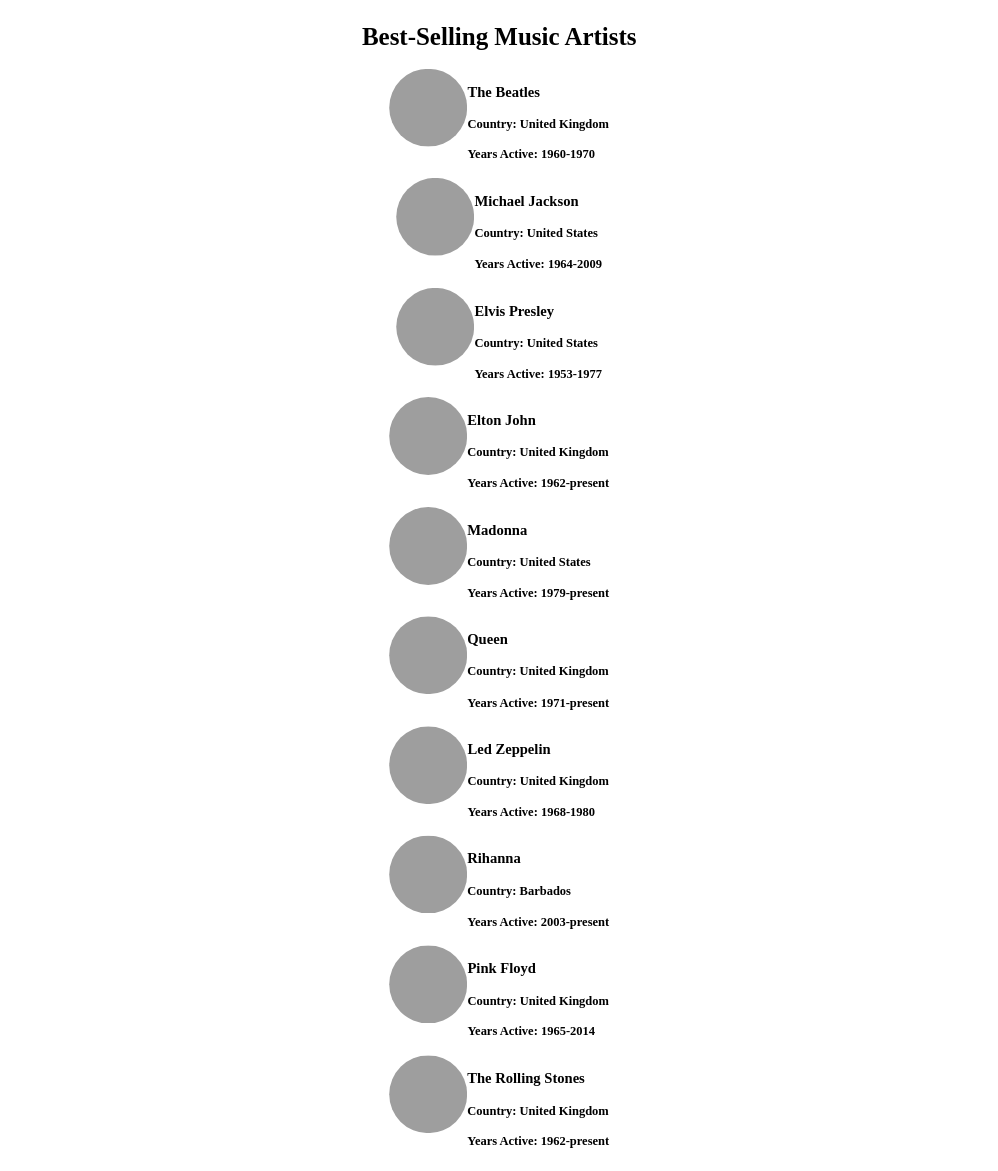
Repository: SamanthaYan298/my_artists
Page: /
An editor plug-in stored every save of this project. The page is shown before and after the next save, followed by the edit.
The browser window is 1280 px wide. The pictures show the whole page, at 78% of full size.
Pictures or frames that could not be fetched are drawn as grey boxes. The project was rebuilt for these pictures with package versions that can differ from the ones it lists, and the page was loaded fresh each time. Also part of the build but not shown: vite.config.js.

Above is the page before, as saved 2024-09-16 18:12:16.

### src/App.jsx
import { artists } from './best-selling-music-artists';
import ArtistDetails from './components/ArtistDetails';
import Layout from './components/Layout';

function App() {

  const artistsInfo = artists.map(artists => <ArtistDetails key={artists.name} artists={artists}/>)

  return (
    <Layout>
      <div className="app">
        <div>
          <h1>Best-Selling Music Artists</h1>
        </div>
        {artistsInfo}
      </div>
    </Layout>
  );
}

export default App;

### src/index.css
.main-containter {
    display: flex;
    flex-direction: row;
    justify-content: center;
}

.layout {
    display: flex;
    flex-direction: row;
    justify-content: center;
}

### src/best-selling-music-artists.js
export const artists = [
    {
        name: 'The Beatles',
        photo_url: "https://upload.wikimedia.org/wikipedia/commons/9/9f/Beatles_ad_1965_just_the_beatles_crop.jpg",
        country: "United Kingdom",
        years_active: "1960-1970",
    },
    {
        name: 'Michael Jackson',
        photo_url: "https://upload.wikimedia.org/wikipedia/commons/8/83/Michael_Jackson_Dangerous_World_Tour_1993_cropped.png",
        country: "United States",
        years_active: "1964-2009",
    },
    {
        name: 'Elvis Presley',
        photo_url: "https://upload.wikimedia.org/wikipedia/commons/1/16/Elvis_Presley_1973_RCA_Records_and_Tapes_publicity_2_-_cropped.png",
        country: "United States",
        years_active: "1953-1977",
    },
    {
        name: 'Elton John',
        photo_url: "https://upload.wikimedia.org/wikipedia/commons/7/74/Elton_John_1980.png",
        country: "United Kingdom",
        years_active: "1962-present",
    },
    {
        name: 'Madonna',
        photo_url: "https://upload.wikimedia.org/wikipedia/commons/4/47/Madonna_II_A_1_%28cropped%29.jpg",
        country: "United States",
        years_active: "1979-present",
    },
    {
        name: 'Queen',
        photo_url: "https://upload.wikimedia.org/wikipedia/commons/a/ac/FreddieMercuryNov1977.jpg",
        country: "United Kingdom",
        years_active: "1971-present",
    },
    {
        name: 'Led Zeppelin',
        photo_url: "https://upload.wikimedia.org/wikipedia/commons/c/cc/Robert_Plant_at_the_Palace_Theatre%2C_Manchester.jpg",
        country: "United Kingdom",
        years_active: "1968-1980",
    },
    {
        name: 'Rihanna',
        photo_url: "https://upload.wikimedia.org/wikipedia/commons/b/b3/Rihanna_concert_in_Washington_DC_%28cropped%29.jpg",
        country: "Barbados",
        years_active: "2003-present",
    },
    {
        name: 'Pink Floyd',
        photo_url: "https://upload.wikimedia.org/wikipedia/commons/f/f2/David_Gilmour_Argentina_2015_%28cropped%29.jpg",
        country: "United Kingdom",
        years_active: "1965-2014",
    },
    {
        name: 'The Rolling Stones',
        photo_url: "https://upload.wikimedia.org/wikipedia/commons/0/06/Keith_Richards%2C_Mick_Jagger_performing_with_Rolling_Stones_at_Prudential_Center_2012-12-13.jpg",
        country: "United Kingdom",
        years_active: "1962-present",
    },
];

### src/components/ArtistDetails.jsx
function ArtistDetails(props) {

    const {artists} = props;

    return (
        <div className="main-containter">
            <div className="photos">
                <img
                    src={artists.photo_url}
                    alt={artists.name}
                    style={{
                        width: '100px',
                        height: '100px',
                        borderRadius: '50%',
                        objectFit: 'cover'
                    }}
                />
            </div>
            <div className="info">
            <h3>{artists.name}</h3>
            <h4>Country: {artists.country}</h4>
            <h4>Years Active: {artists.years_active}</h4>
            </div>
        </div>
    )
}

export default ArtistDetails;

### src/components/Layout.jsx
export default function Layout(props) {
    return (
        <div className="layout">
            {props.children}
        </div>
    )
}

Loaded but not shown: index.html (common file); src/main.jsx (common file)

After the next save:
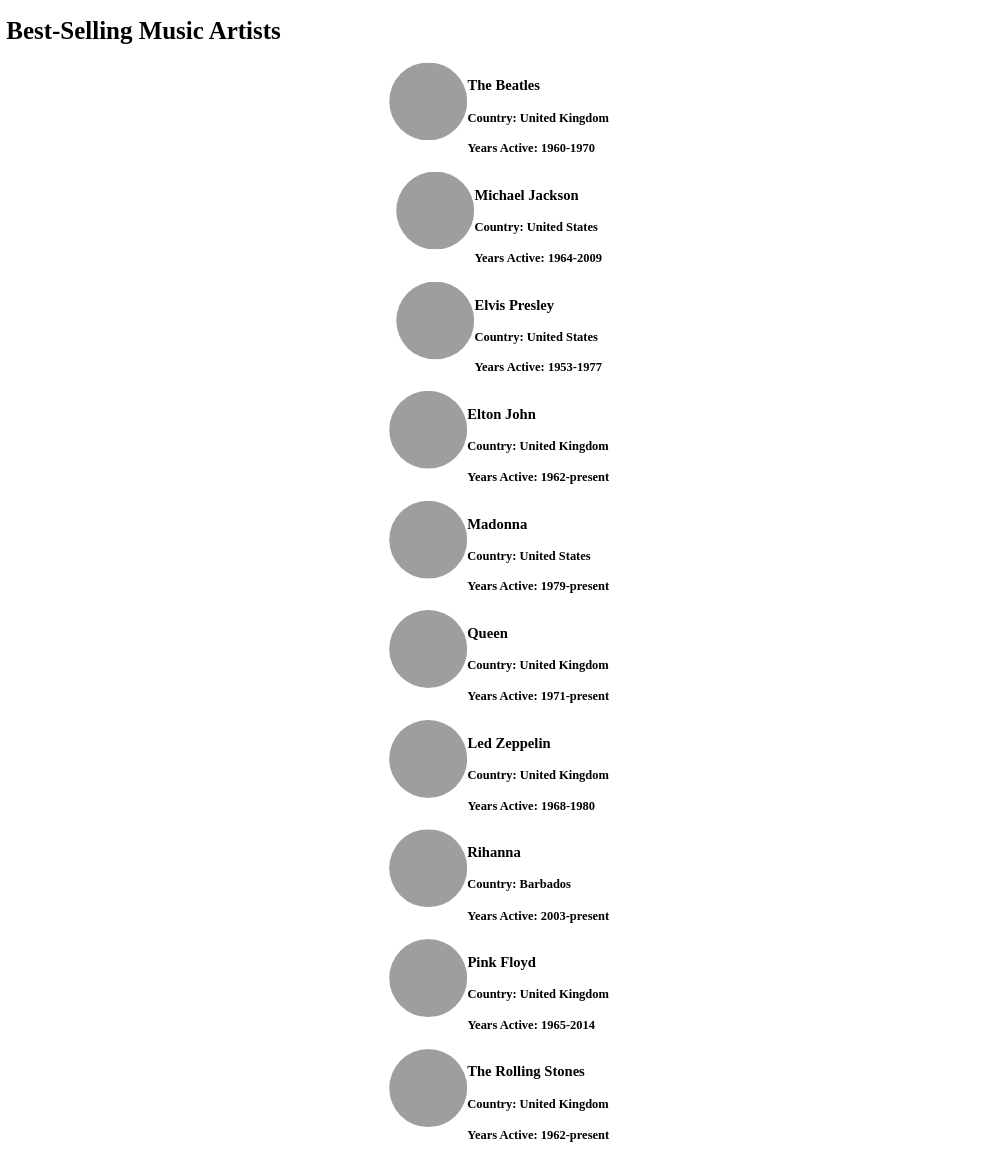
Saved 17 s later.
--- a/src/index.css
+++ b/src/index.css
@@ -5,7 +5,5 @@
 }
 
 .layout {
-    display: flex;
-    flex-direction: row;
-    justify-content: center;
+
 }
